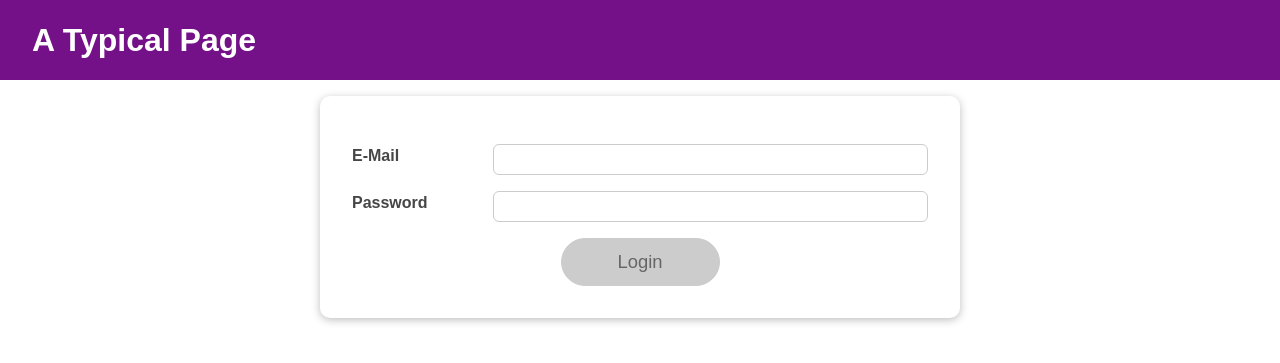
Repository: wenxi0504/React_login-UseEffect-
Page: /
These files come from the project's save history. The page is drawn as it stood at one moment and after the next save; the edit follows.
The browser window is 1280 px wide. The pictures show the whole page.
The project was rebuilt for these pictures with package versions that can differ from the ones it lists, and the page was loaded fresh each time. Also part of the build but not shown: src/components/Home/Home.module.css, src/components/Home/Home.js.

Above is the page before, as saved 2022-06-20 21:58:11.

After the next save:
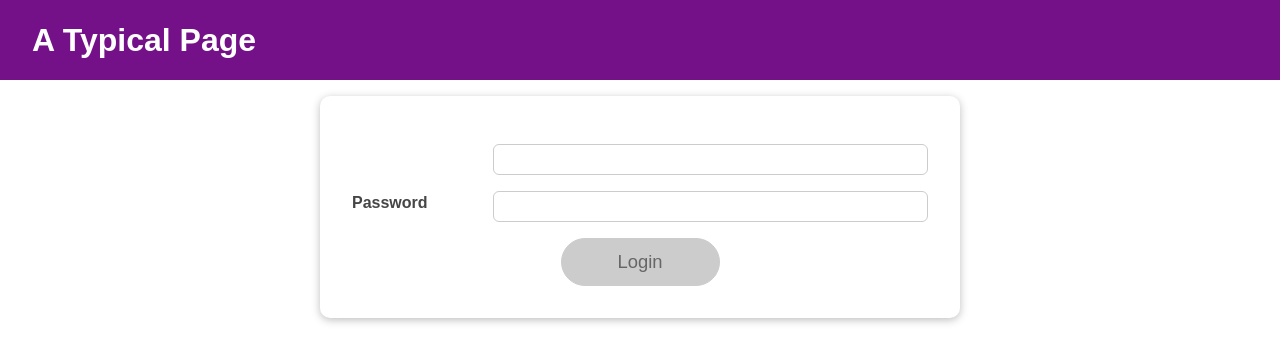
Saved 86 s later.
--- a/src/components/Login/Login.js
+++ b/src/components/Login/Login.js
@@ -4,6 +4,7 @@
 import classes from "./Login.module.css";
 import Button from "../UI/Button/Button";
 import AuthContext from "../../store/auth-context";
+import Input from "../UI/Input/Input";
 
 const Login = (props) => {
   // const [enteredEmail, setEnteredEmail] = useState("");
@@ -98,7 +99,7 @@
   return (
     <Card className={classes.login}>
       <form onSubmit={submitHandler}>
-        <div
+        {/* <div
           className={`${classes.control} ${
             emailState.isValid === false ? classes.invalid : ""
           }`}
@@ -111,7 +112,8 @@
             onChange={emailChangeHandler}
             onBlur={validateEmailHandler}
           />
-        </div>
+        </div> */}
+        <Input />
         <div
           className={`${classes.control} ${
             passwordState.isValid === false ? classes.invalid : ""

After the save that followed:
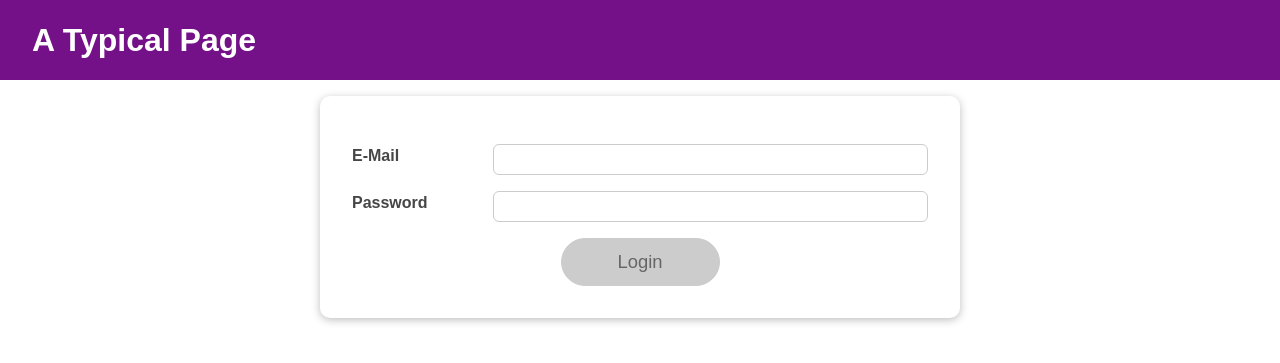
Saved 2 min 24 s later.
--- a/src/components/Login/Login.js
+++ b/src/components/Login/Login.js
@@ -113,7 +113,13 @@
             onBlur={validateEmailHandler}
           />
         </div> */}
-        <Input />
+        <Input
+          id="email"
+          label="E-Mail"
+          type="email"
+          isValid={emailIsValid}
+          value={emailState.value}
+        />
         <div
           className={`${classes.control} ${
             passwordState.isValid === false ? classes.invalid : ""
